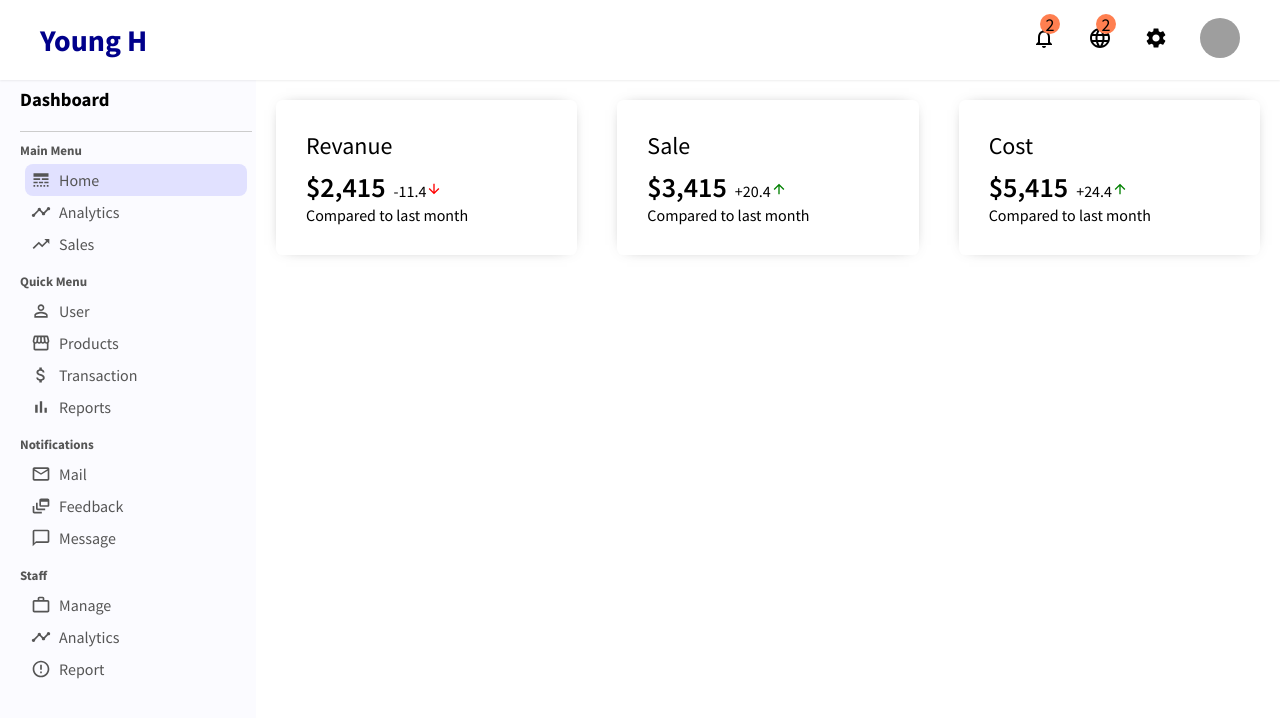
Repository: noname20011/admin
Page: /
The author's editor kept a copy of each file at every save. The page is drawn from the files as they stood at one save, then again after the next save.
The browser window is 1280 px wide. The pictures show the whole page.
Pictures or frames that could not be fetched are drawn as grey boxes. The project was rebuilt for these pictures with package versions that can differ from the ones it lists, and the page was loaded fresh each time.

Above is the page before, as saved 2021-11-13 11:18:28.

### public/index.html
<!DOCTYPE html>
<html lang="en">
  <head>
    <meta charset="utf-8" />
    <link rel="icon" href="%PUBLIC_URL%/favicon.ico" />
    <meta name="viewport" content="width=device-width, initial-scale=1" />
    <meta name="theme-color" content="#000000" />
    <meta
      name="description"
      content="Web site created using create-react-app"
    />
    <!-- GOOGLE FONTS -->
    <link href="https://fonts.googleapis.com/css2?family=Source+Sans+Pro:wght@200;300;400;600;700;900&display=swap" rel="stylesheet">
    <style>
      * {
        font-family: 'Source Sans Pro', sans-serif;
        padding: 0;
        margin: 0;
      }
    </style>
    <title>React Admin App</title>
  </head>
  <body>
    <div id="root"></div>
  </body>
</html>

### src/App.js
import Topbar from "./comopnents/topbar/Topbar";
import Sidebar from "./comopnents/sidebar/Sidebar";
import Home from "./pages/home/Home.jsx"
import './app.css'
function App() {
  return (
    <div>
      <Topbar/>
      <div className="container">
        <Sidebar/>
        <Home/>
      </div>
    </div>
  );
}

export default App;

### src/comopnents/topbar/Topbar.jsx
import React from 'react'
import './topbar.css'

import { Language, NotificationsNone, Settings  } from '@material-ui/icons'

export default function Topbar() {
    return (
        <div className="topbar">
            <div className="topbarWrapper">
                <div className="topLeft">
                    <div className="logo">Young H</div>
                </div>
                <div className="topRight">
                    <div className="topbarIconContainer">
                        <NotificationsNone/>
                        <div className="topIconsBadge">2</div>
                    </div>
                    <div className="topbarIconContainer">
                        <Language/>
                        <div className="topIconsBadge">2</div>
                    </div>
                    <div className="topbarIconContainer">
                        <Settings/>
                    </div>
                    <div>
                        <img src="https://images.pexels.com/photos/1526814/pexels-photo-1526814.jpeg?auto=compress&cs=tinysrgb&dpr=2&w=500" alt="admin" className="topAvatar"/>
                    </div>
                </div>
            </div>
        </div>
    )
}

### src/comopnents/sidebar/Sidebar.jsx
import { AttachMoney, BarChart, ChatBubbleOutline, DynamicFeed, ErrorOutline, LineStyle, MailOutlined, PersonOutline, Storefront, Timeline, TrendingUp,  WorkOutlineOutlined } from '@material-ui/icons'
import React from 'react'
import "./sidebar.css"
export default function Sidebar() {
    return (
        <div className="sidebar">
            <div className="sidebarWrapper">
                <h3 className="sidebarTitle">Dashboard</h3>
                <div className="sidebarMenu">
                    <h4 className="sidebarMenuTitle">Main Menu</h4>
                    <ul className="sidebarLists">
                        <li className="sidebarListItem active">
                            <LineStyle className="sidebarIcon"/>
                            Home
                        </li>
                        <li className="sidebarListItem">
                            <Timeline className="sidebarIcon"/>
                            Analytics
                        </li>
                        <li className="sidebarListItem">
                            <TrendingUp className="sidebarIcon"/>
                            Sales
                        </li>
                    </ul>
                </div>
                <div className="sidebarMenu">
                    <h4 className="sidebarMenuTitle">Quick Menu</h4>
                    <ul className="sidebarLists">
                        <li className="sidebarListItem">
                            <PersonOutline className="sidebarIcon"/>
                            User
                        </li>
                        <li className="sidebarListItem">
                            <Storefront className="sidebarIcon"/>
                            Products
                        </li>
                        <li className="sidebarListItem">
                            <AttachMoney className="sidebarIcon"/>
                            Transaction
                        </li>
                        <li className="sidebarListItem">
                            <BarChart className="sidebarIcon"/>
                            Reports
                        </li>
                    </ul>
                </div>
                <div className="sidebarMenu">
                    <h4 className="sidebarMenuTitle">Notifications</h4>
                    <ul className="sidebarLists">
                        <li className="sidebarListItem">
                            <MailOutlined className="sidebarIcon"/>
                            Mail
                        </li>
                        <li className="sidebarListItem">
                            <DynamicFeed className="sidebarIcon"/>
                            Feedback
                        </li>
                        <li className="sidebarListItem">
                            <ChatBubbleOutline className="sidebarIcon"/>
                            Message
                        </li>
                    </ul>
                </div>
                <div className="sidebarMenu">
                    <h4 className="sidebarMenuTitle">Staff</h4>
                    <ul className="sidebarLists">
                        <li className="sidebarListItem">
                            <WorkOutlineOutlined className="sidebarIcon"/>
                            Manage
                        </li>
                        <li className="sidebarListItem">
                            <Timeline className="sidebarIcon"/>
                            Analytics
                        </li>
                        <li className="sidebarListItem">
                            <ErrorOutline className="sidebarIcon"/>
                            Report
                        </li>
                    </ul>
                </div>
            </div>
        </div>
    )
}

### src/pages/home/Home.jsx
import "./home.css"
import Feature from "../../comopnents/featureInfo/Feature"

export default function Home() {
    return (
        <div className="home">
            <Feature/>
        </div>
    )
}

### src/app.css
ul, li {
    list-style: none;
}

a {
    text-decoration: none;
}

.container {
    display: flex;
}

.other {
    flex: 4;
}

### src/comopnents/topbar/topbar.css
.topbar {
    width: 100%;
    height: 80px;
    background: #fff;
    box-shadow: 0 .5px 2px rgba(0, 0, 0, 0.07);

    position: sticky;
    top: 0;
    z-index: 1000;
}

.topbarWrapper {
    height: 100%;
    padding: 0 40px;
    display: flex;
    justify-content: space-between;
    align-items: center;
}

.logo {
    font-weight: bold;
    font-size: 30px;
    color: darkblue;
    cursor: pointer;
}

.topRight {
    display: flex;
    align-items: center;
    column-gap: 2rem;
}
.topbarIconContainer {
    position: relative;
    cursor: pointer;
}

.topIconsBadge {
    font-size: 18px;
    position: absolute;
    top: -12px;
    right: -4px;

    width: 20px;
    height: 20px;
    background-color: coral;
    border-radius: 50%;

    display: flex;
    place-content: center;
    place-items: center;
}

.topAvatar {
    width: 40px;
    height: 40px;
    object-fit: cover;
    border-radius: 50%;
    cursor: pointer;
}

### src/comopnents/sidebar/sidebar.css
.sidebar {
    flex: 1;
    background-color: rgb(251, 251, 255);
    position: sticky;
    top: 80px;
    height: calc(100vh - 80px);
}

.sidebarWrapper {
    padding: 8px 4px 0 20px;
}

.sidebarTitle {
    padding-bottom: 20px;
    margin-bottom: 10px;
    border-bottom: 1px solid #ccc;
}

.sidebarMenu {
    margin-bottom: 8px;
}

.sidebarMenuTitle {
    color: #555;
    font-size: 13px;
}

.sidebarLists {
    padding: 5px;
}

.sidebarListItem {
    display: flex;
    align-items: center;
    column-gap: .5rem;

    padding: 6px;
    color: #555;
    cursor: pointer;
    border-radius: .5rem;
}

.sidebarListItem.active,
.sidebarListItem:hover {
    background-color: rgb(225, 225, 255);
}

.sidebarIcon {
    font-size: 20px!important;
}

### src/pages/home/home.css
.home {
    flex: 4;
}

### src/comopnents/featureInfo/Feature.jsx
import { ArrowDownward, ArrowUpward } from '@material-ui/icons'
import "./feature.css"

export default function Feature() {
    return (
        <div className="featured">
            <div className="featuredItem">
                <span className="featuredTitle">Revanue</span>
                <div className="featuredMoneyContainer">
                    <span className="featuredMoney">$2,415</span>
                    <span className="featuredMoneyRate">-11.4
                        <ArrowDownward className="featuredIcon negative"/>
                    </span>
                </div>
                <span className="featuredSub">Compared to last month
                </span>
            </div>

            <div className="featuredItem">
                <span className="featuredTitle">Sale</span>
                <div className="featuredMoneyContainer">
                    <span className="featuredMoney">$3,415</span>
                    <span className="featuredMoneyRate">+20.4
                        <ArrowUpward className="featuredIcon "/>
                    </span>
                </div>
                <span className="featuredSub">Compared to last month
                </span>
            </div>

            <div className="featuredItem">
                <span className="featuredTitle">Cost</span>
                <div className="featuredMoneyContainer">
                    <span className="featuredMoney">$5,415</span>
                    <span className="featuredMoneyRate">+24.4
                        <ArrowUpward className="featuredIcon "/>
                    </span>
                </div>
                <span className="featuredSub">Compared to last month</span>
            </div>
        </div>
    )
}

### src/comopnents/featureInfo/feature.css
.featured {
    display: flex;
    justify-content: space-between;
    width: 100%;
}
.featuredItem {
    flex: 2;
    margin: 20px 20px;
    padding: 30px;
    border-radius: .4rem;
    cursor: pointer;
    -webkit-box-shadow: 0px 0px 15px -10px rgba(0, 0, 0, 0.75);
    box-shadow: 0px 0px 15px -10px rgba(0, 0, 0, 0.75);
}

.featuredTitle {
    font-size: 24px;
    margin-bottom: 8px;
    display: block;
}

.featuredMoneyContainer {
    margin-top: 6px;
}

.featuredMoney {
    font-weight: 600;
    font-size: 28px;
}

.featuredMoneyRate {
    font-size: 16px;
    margin-left: 8px;
}

.featuredIcon {
    font-size: 16px!important;
    color: green;
}

.featuredIcon.negative {
    color: red;
}

Loaded but not shown: src/index.js (common file)

After the next save:
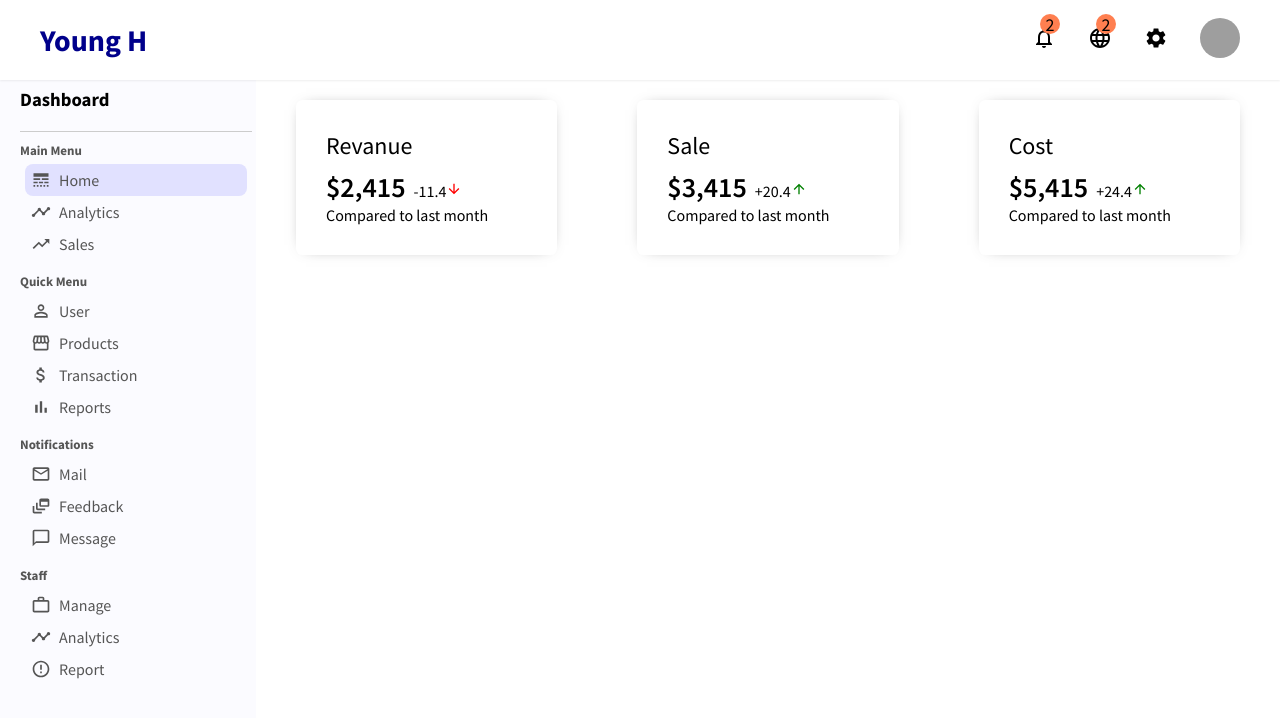
Saved 16 s later.
--- a/src/comopnents/featureInfo/feature.css
+++ b/src/comopnents/featureInfo/feature.css
@@ -4,8 +4,8 @@
     width: 100%;
 }
 .featuredItem {
-    flex: 2;
-    margin: 20px 20px;
+    flex: 1;
+    margin: 20px 40px;
     padding: 30px;
     border-radius: .4rem;
     cursor: pointer;
